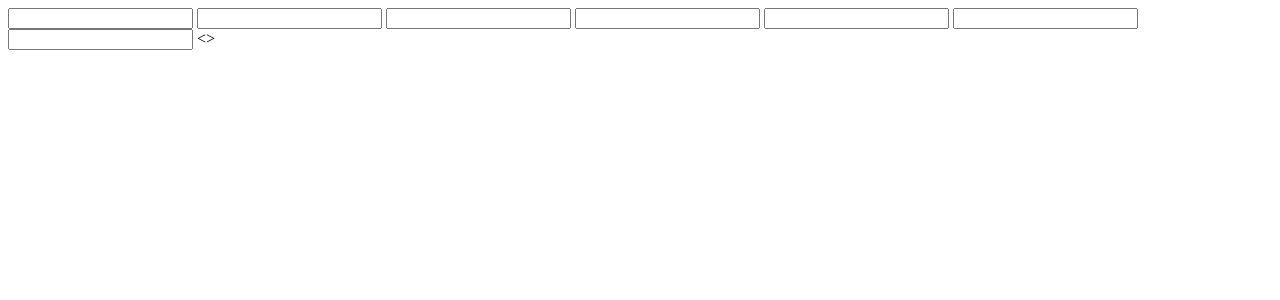
Repository: AmirKhan8435/Documentation
Page: http://localhost/MrPlumberWebAPP/Plumber.jsp
The author's editor kept a copy of each file at every save. The page is drawn from the files as they stood at one save, then again after the next save.
The browser window is 1280 px wide. The pictures show the whole page.
The page is served by Tomcat 9.

Above is the page before, as saved 2022-03-27 10:45:51.

After the next save:
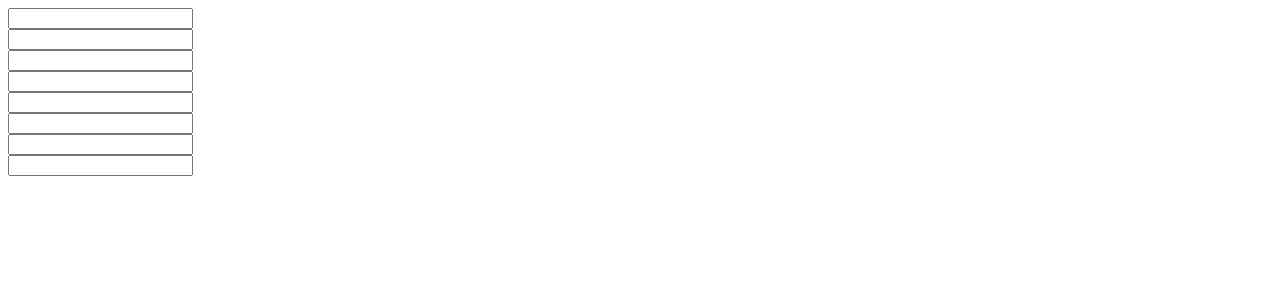
Saved 6 min 5 s later.
--- a/MrPlumber/Mr.PlumberEclipsWS/MrPlumberWebAPP/WebContent/Plumber.jsp
+++ b/MrPlumber/Mr.PlumberEclipsWS/MrPlumberWebAPP/WebContent/Plumber.jsp
@@ -9,15 +9,15 @@
 <body>
 <div>
 <form>
-<input type="text" name="name" id="name">
-<input type="text" name="name" id="name">
-<input type="text" name="name" id="name">
-<input type="text" name="name" id="name">
-<input type="text" name="name" id="name">
-<input type="text" name="name" id="name">
-<input type="text" name="name" id="name">
+<input type="text" name="name" id="name"><br>
+<input type="text" name="last" id="last"><br>
+<input type="text" name="user" id="user"><br>
+<input type="text" name="pass" id="pass"><br>
+<input type="text" name="address" id="address"><br>
+<input type="text" name="pincode" id="pincode"><br>
+<input type="text" name="aadhar" id="aadhar"><br>
+<input type="text" name="phone" id="phone"><br>
 
-<>
 </form>
 </div>
 </body>
